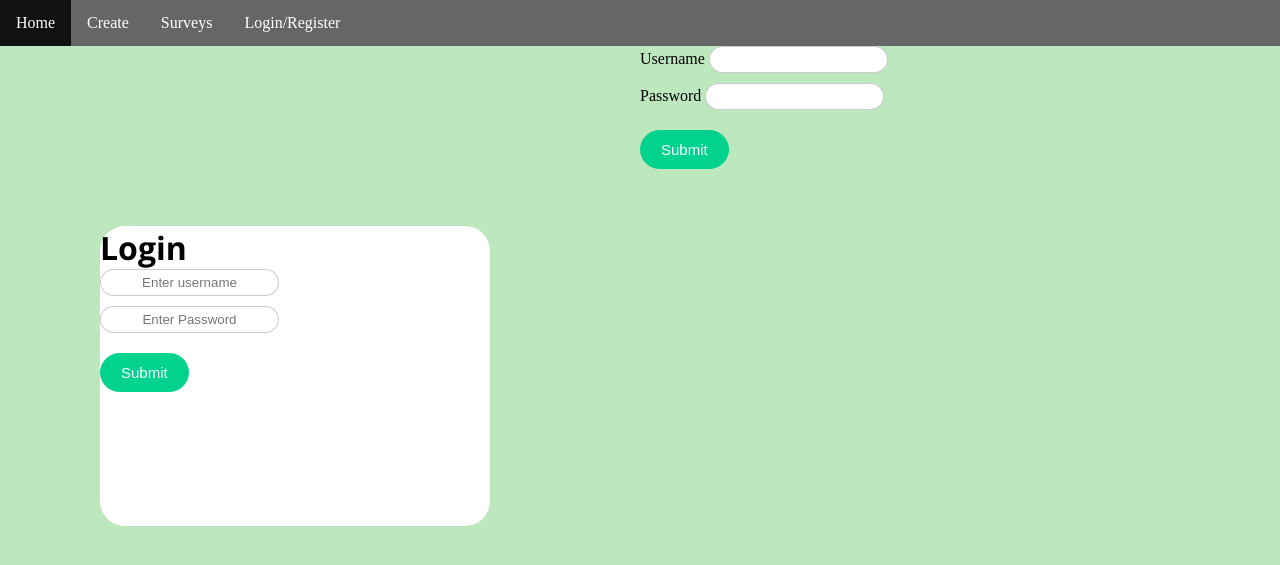
Repository: cakuang1/QuickSurveyReact
Page: /login
An editor plug-in stored every save of this project. The page is shown before and after the next save, followed by the edit.
The browser window is 1280 px wide. The pictures show the whole page.
The project was rebuilt for these pictures with package versions that can differ from the ones it lists, and the page was loaded fresh each time. Also part of the build but not shown: src/pages/create.js, src/pages/home.js, src/pages/pastsurveys.js.

Above is the page before, as saved 2022-07-21 15:22:50.

### src/index.css
* {
  padding: 0;
  margin: 0;
}

body {


  background-color: rgb(189, 231, 189);



}

### src/App.js
import Create from './pages/create'
import Home from './pages/home'
import CreatedSurveys from './pages/pastsurveys'
import Nav from './components/Nav/Nav';
import Login from "./pages/login"

import {BrowserRouter,Route,Routes} from "react-router-dom";





function App() {
  return (
  <BrowserRouter>
    <Nav/>



    <Routes>
      <Route path='/' element = {<Home/>}></Route>
      <Route path = 'create' element = {<Create/>}></Route>
      <Route path = 'created' element = {<CreatedSurveys/>}></Route>
      <Route path = 'login' element = {<Login/>}></Route>
    </Routes>

  </BrowserRouter>

  );
}

export default App;

### src/components/Nav/Nav.js
import React,{useState} from "react";
import { NavLink } from "react-router-dom";
import './nav.css'



export default function Nav() {

    return (
        <div className="Nav">
            <ul>
                <li className="nav"><NavLink to = "/">Home</NavLink></li>
                <li className="nav"><NavLink to = "create">Create</NavLink></li>
                <li className="nav"><NavLink to = "created">Surveys</NavLink></li>
                <li className="nav"><NavLink to = "login">Login/Register</NavLink></li>
            </ul>
        </div>
    )




}

### src/pages/login.js
import React from 'react'
import './login.css'


function Loginform() {
  function handleSubmit() {




  }
  return (
    <div className='loginform'>
      <h1 className='logintitle'>Login</h1>
      <form>
        <div className="input-container">

          <input type="text" placeholder = "Enter username" name="uname" required />

        </div>
        <div className="input-container">

          <input type="password" placeholder = "Enter Password" name="pass" required />

        </div>
        <div className="button-container">
          <input type="submit" />
        </div>
      </form>
    </div>
  )



}


function Registerform() {
  return (
  <div className='registerform'>
      <form>
        <div className="input-container">
          <label>Username </label>
          <input type="text" name="uname" required />

        </div>
        <div className="input-container">
          <label>Password </label>
          <input type="password" name="pass" required />

        </div>
        <div className="button-container">
          <input type="submit" />
        </div>
      </form>
  </div>
  )




}







export default function Login() {

  return (
    <div className='lrcontainer'>
      <div className='logincontainer'>
        <Loginform/>
      </div>
      <div className='registercontainer'>
        <Registerform/>
      </div>
    </div>

  )
}

### src/pages/home.css
h1 {



}


ol {
    font-size: large;




}

### src/components/Nav/nav.css
ul {
    list-style-type: none;
    margin: 0;
    padding: 0;
    overflow: hidden;
    background-color: #666;
  }

  .nav {
    float: left;
  }

  .nav a {
    display: block;
    color: white;
    text-align: center;
    padding: 14px 16px;
    text-decoration: none;
  }



  /* Change the link color to #111 (black) on hover */
  .nav a:hover {
    background-color: #111;
  }

### src/pages/login.css
@import url(https://fonts.googleapis.com/css?family=Open+Sans:400,700);


.lrcontainer {
    display: flex;
}

.logincontainer {
    width: 50%;
    height: 100%;

}

.loginform {
    background-color: white;
    margin: 180px 150px 0px 100px;
    height: 300px;
    border-radius: 25px;
    font-family: 'Open Sans', sans-serif;

}

.logintitle {




}

.registercontainer {
    width:50%
}

input[type="text"],
input[type="password"] {
    border-radius: 25px;
  height: 25px;
  border: 1px solid rgba(0, 0, 0, 0.2);
  margin-bottom: 10px;
  align-items: center;
  text-align: center;
  width:
}
input[type="submit"] {
    border-radius: 25px;
    margin-top: 10px;
    cursor: pointer;
    font-size: 15px;
    background: #01d28e;
    border: 1px solid #01d28e;
    color: #fff;
    padding: 10px 20px;
  }


  .inputcontainer {



  }

Loaded but not shown: public/index.html (common file); src/index.js (common file)

After the next save:
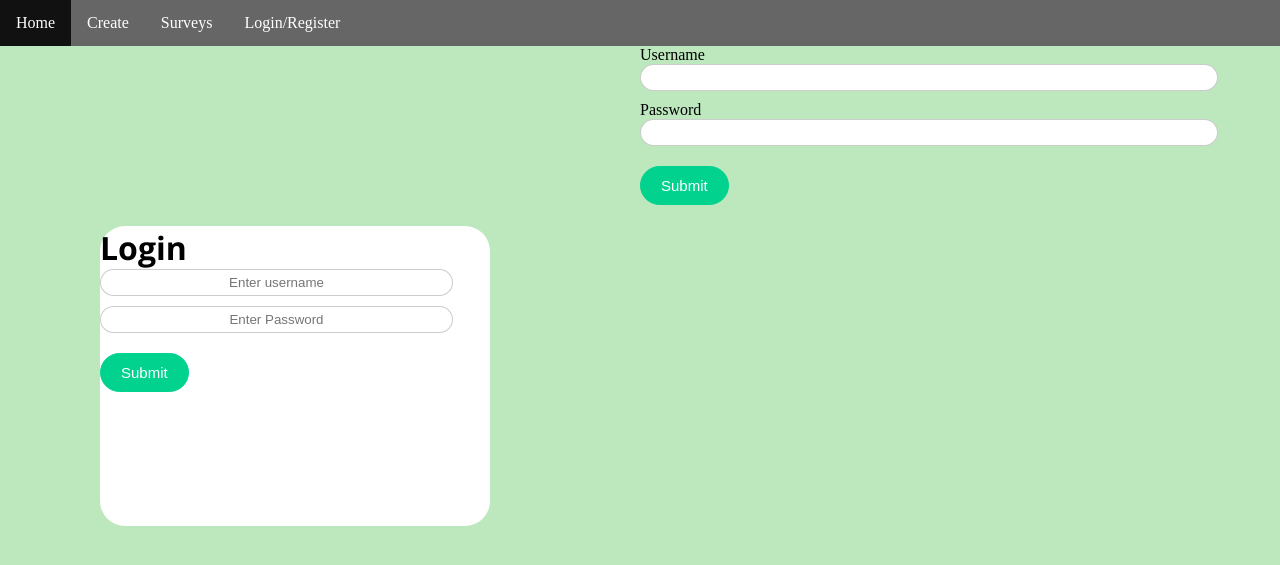
Saved 4 s later.
--- a/src/pages/login.css
+++ b/src/pages/login.css
@@ -39,7 +39,7 @@ input[type="password"] {
   margin-bottom: 10px;
   align-items: center;
   text-align: center;
-  width:
+  width: 90%;
 }
 input[type="submit"] {
     border-radius: 25px;
